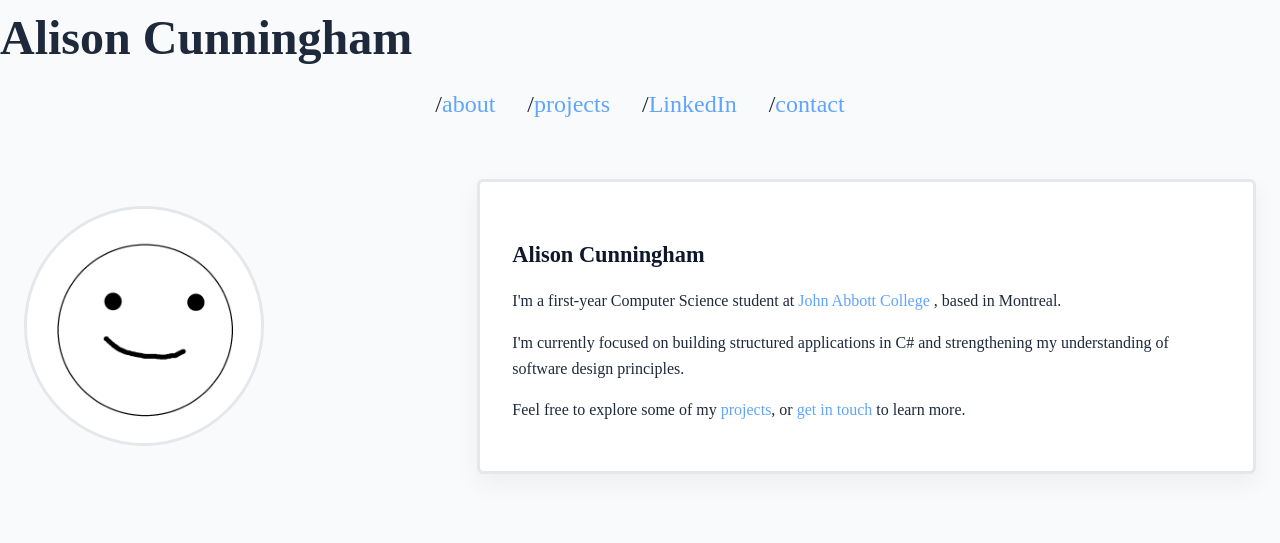
Repository: alison-cunningham/alison-cunningham
Page: index.html
The author's editor kept a copy of each file at every save. The page is drawn from the files as they stood at one save, then again after the next save.
The browser window is 1280 px wide. The pictures show the whole page.
Some web fonts or font styles are not loaded; a fallback is used.

Above is the page before, as saved 2026-05-12 20:02:56.

After the next save:
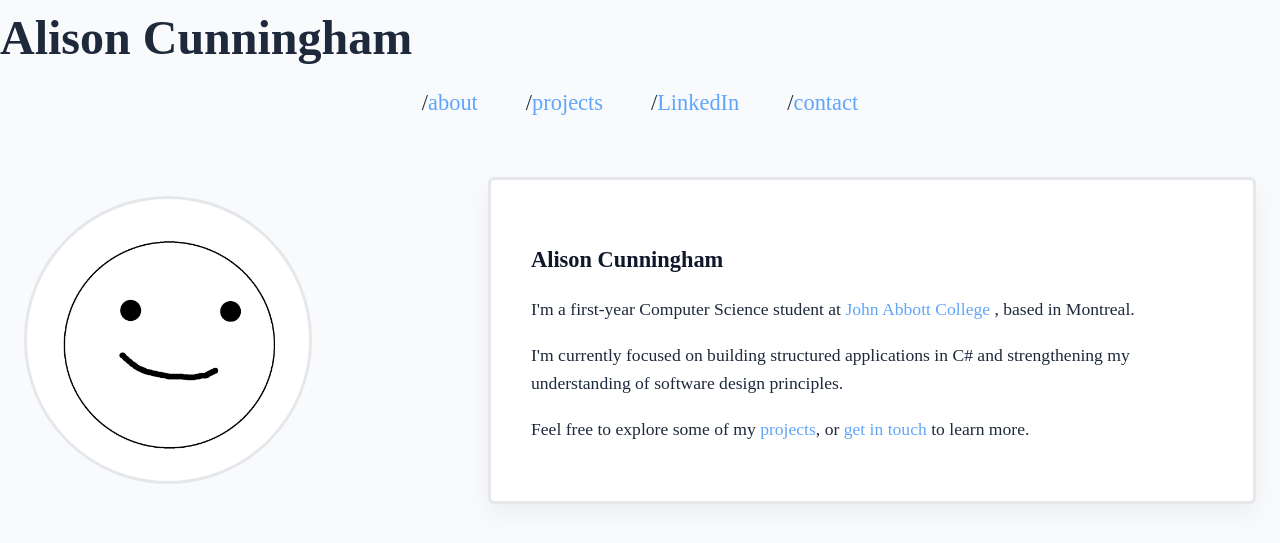
Saved 3 min 12 s later.
--- a/styles/index.css
+++ b/styles/index.css
@@ -38,6 +38,11 @@ main{
 
 @media (min-width: 768px){
 
+    .nav-bar {
+        justify-content: center;
+        overflow-x: visible;
+    }
+
     main {
         display: grid;
         grid-template-columns: 1fr 2fr;
@@ -45,9 +50,12 @@ main{
         gap: 4rem;
     }
 
-    .nav-bar {
-        justify-content: center;
-        overflow-x: visible;
+    .about-me{
+        padding: 2.5rem;
+    }
+
+    .home-page-img{
+        width: 18rem;
     }
 
 }
@@ -58,12 +66,21 @@ main{
         display: grid;
         grid-template-columns: 1fr 2fr;
         align-items: center;
-        gap: 4rem;
+        gap: 5rem;
     }
 
-    .nav-bar {
-        justify-content: center;
-        overflow-x: visible;
+    .page-header{
+        font-size: 3.5rem;
+        gap: 3rem;
+    }
+
+    .nav-bar{
+        font-size: 1.4rem;
+        gap: 3rem;
+    }
+
+    .about-me{
+        font-size: 1.1rem;
     }
 
 }
